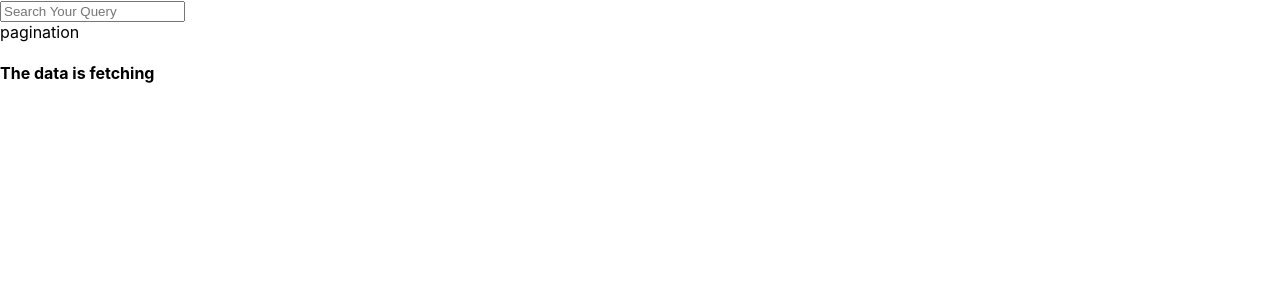
Repository: suraj-yadav7/TechNews
Page: /
The author's editor kept a copy of each file at every save. The page is drawn from the files as they stood at one save, then again after the next save.
The browser window is 1280 px wide. The pictures show the whole page.
The page's requests for data from a server got no answer. The project was rebuilt for these pictures with package versions that can differ from the ones it lists, and the page was loaded fresh each time. No one was signed in, and anything a server would have sent is missing. Also part of the build but not shown: src/App.css.

Above is the page before, as saved 2023-04-27 17:27:44.

### src/index.js
import React from 'react';
import ReactDOM from 'react-dom/client';
import './index.css';
import App from './App';
import reportWebVitals from './reportWebVitals';
import { AppProvider } from './context';

const root = ReactDOM.createRoot(document.getElementById('root'));
root.render(
  <React.StrictMode>
    <AppProvider>
    <App />
    </AppProvider>
  </React.StrictMode>
);

// If you want to start measuring performance in your app, pass a function
// to log results (for example: reportWebVitals(console.log))
// or send to an analytics endpoint. Learn more: https://bit.ly/CRA-vitals
reportWebVitals();

### src/App.js
import './App.css';
import Pagination from './components/Pagination';
import Search from './components/Search';
import Stories from './components/Stories';

function App() {
  return (
      <>
      <Search/>
      <Pagination />
      <Stories />
      </>
  );
}

export default App;

### src/context.jsx
import {useContext, createContext, useEffect, useReducer} from "react"
import {reducer} from './reducer'

const AppContext = createContext();
let api = "https://hn.algolia.com/api/v1/search?";
const initial = {
    hits:[],
    page:0,
    nbPages:0,
    query:"",
    isLoading:true
}

const AppProvider = ({children})=>{

    const [state, dispatch] = useReducer(reducer, initial)

    const fetchApiData = async(url)=>{
        dispatch({
            type:"loadingData",
        })
        try{
            let fetchApi = await fetch(url)
            let data = await fetchApi.json()
            console.log(data)
            dispatch({
                type:"Get_Update",
                payload:{
                    hitNews:data.hits,
                    pg:data.page,
                    nbPg: data.nbPages
                }
            })
        }
        catch(error){
            console.log(error)
        }
        }

        //removing post
        const removePost = (objectID) =>{
                    dispatch({
                        type:"remove_post",
                        payload: objectID
                    })
        }

    //Search Post
    const searchPost = ((searchVal)=>{
        // searchVal.preventDefault()
        dispatch({
        type:"SEARCH_POST",
        payload: searchVal
        })
    })
    useEffect(()=>{
         fetchApiData(`${api}query=${state.query}&page=${state.page}`)

    },[state.query])


    return(
        <AppContext.Provider value= {{...state, removePost, searchPost}} >{children}</AppContext.Provider>
    )
};

//Custom hook to provide appContext and useContext

const useGlobalContext = ()=>{
    return useContext(AppContext)
}
export {AppContext,AppProvider, useGlobalContext}

### src/components/Pagination.jsx
import React from 'react'

const Pagination = () => {
  return (
    <>
    <div className="pagination">
        pagination
    </div>

    </>
  )
}

export default Pagination

### src/components/Search.jsx
import React from 'react'
import { useGlobalContext } from '../context'

const Search = () => {
  const {query, searchPost} = useGlobalContext()
  return (
    <>
   <div className='formContainer'>
    <form onSubmit={(e)=>e.preventDefault()}>
      <input type="search" placeholder='Search Your Query' value={query} onChange={(e)=> searchPost(e.target.value)}></input>
    </form>
   </div>
    </>
  )
}

export default Search

### src/components/Stories.jsx
import React, {useEffect}from 'react'
import { useGlobalContext } from '../context'

const Stories = () => {
    const {hits, isLoading,removePost}= useGlobalContext()



    if(isLoading){
    return(
        <div className="Loading">
        <h4>The data is fetching</h4>
        </div>
    )
    }
  return (
    <>
      <div className='parentStory'>
        <h2>Latest Post</h2>
        {hits?.map((story)=>{
          const {objectID} = story
          return (
          <>
          <div className='stories' key={objectID}>
          <h3>{story.title}</h3>
          <p>by <span>{story.author}</span>  | <span>comment: {story.num_comments} </span></p>
          <div className="storiesButton">
          <a  href={story.url} target='_blank' rel="noreferrer"><button >Read More</button></a>
          <button  onClick={()=>removePost(objectID)} >Remove</button>
            </div>
          </div>
          </>)
          })}
      </div>
    </>
  )
}

export default Stories

### src/reducer.jsx

const reducer = (state,action) =>{
    switch(action.type){
        case"loadingData" : return{
            ...state,
            isLoading: true

        } ;
        case "Get_Update":
            return{
                ...state,
                isLoading:false,
                hits:action.payload.hitNews,
            }

        case "remove_post":
            return{
                ...state, hits: state.hits.filter((post)=> post.objectID !== action.payload)
            }

            case "SEARCH_POST":
                return{
                    ...state, query: action.payload
                }

    }
    return state
}
export {reducer};

Loaded but not shown: public/index.html (common file); src/index.css (common file); src/reportWebVitals.js (common file)

After the next save:
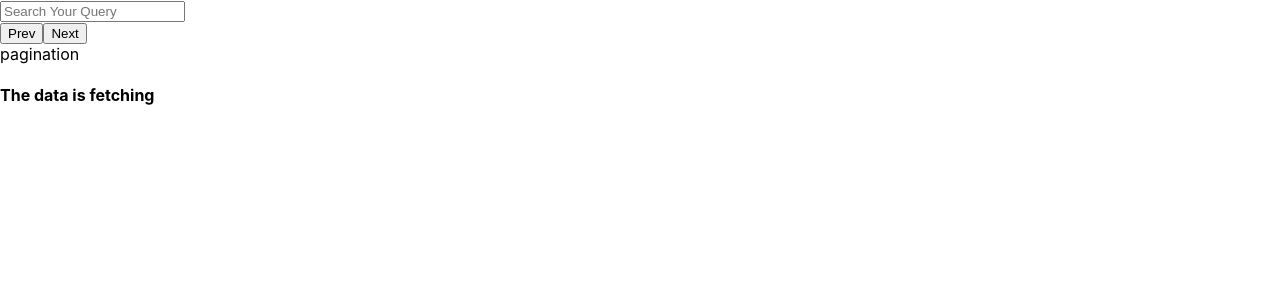
Saved 8 min 20 s later.
--- a/src/components/Search.jsx
+++ b/src/components/Search.jsx
@@ -10,6 +10,10 @@ const Search = () => {
       <input type="search" placeholder='Search Your Query' value={query} onChange={(e)=> searchPost(e.target.value)}></input>
     </form>
    </div>
+   <div className='pagination'>
+    <button >Prev</button>
+    <button >Next</button>
+   </div>
     </>
   )
 }
